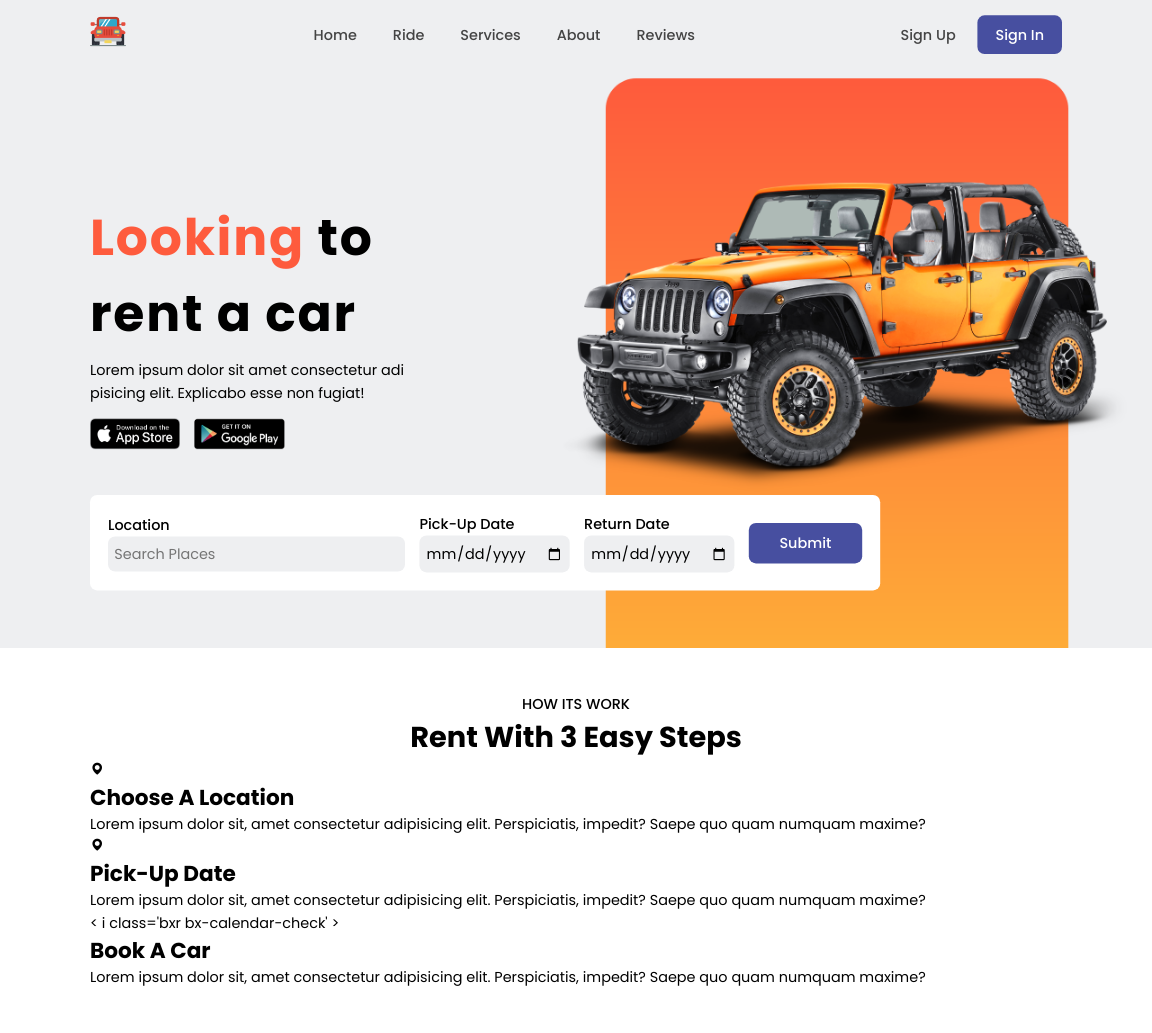
Repository: douglasabnovato/car-rental
Page: index.html
These files come from the project's save history. The page is drawn as it stood at one moment and after a run of saves; the edit follows.
The browser window is 1280 px wide. The pictures show the whole page, at 90% of full size.

Above is the page before, as saved 2025-05-16 13:33:25.

After the next 2 saves:
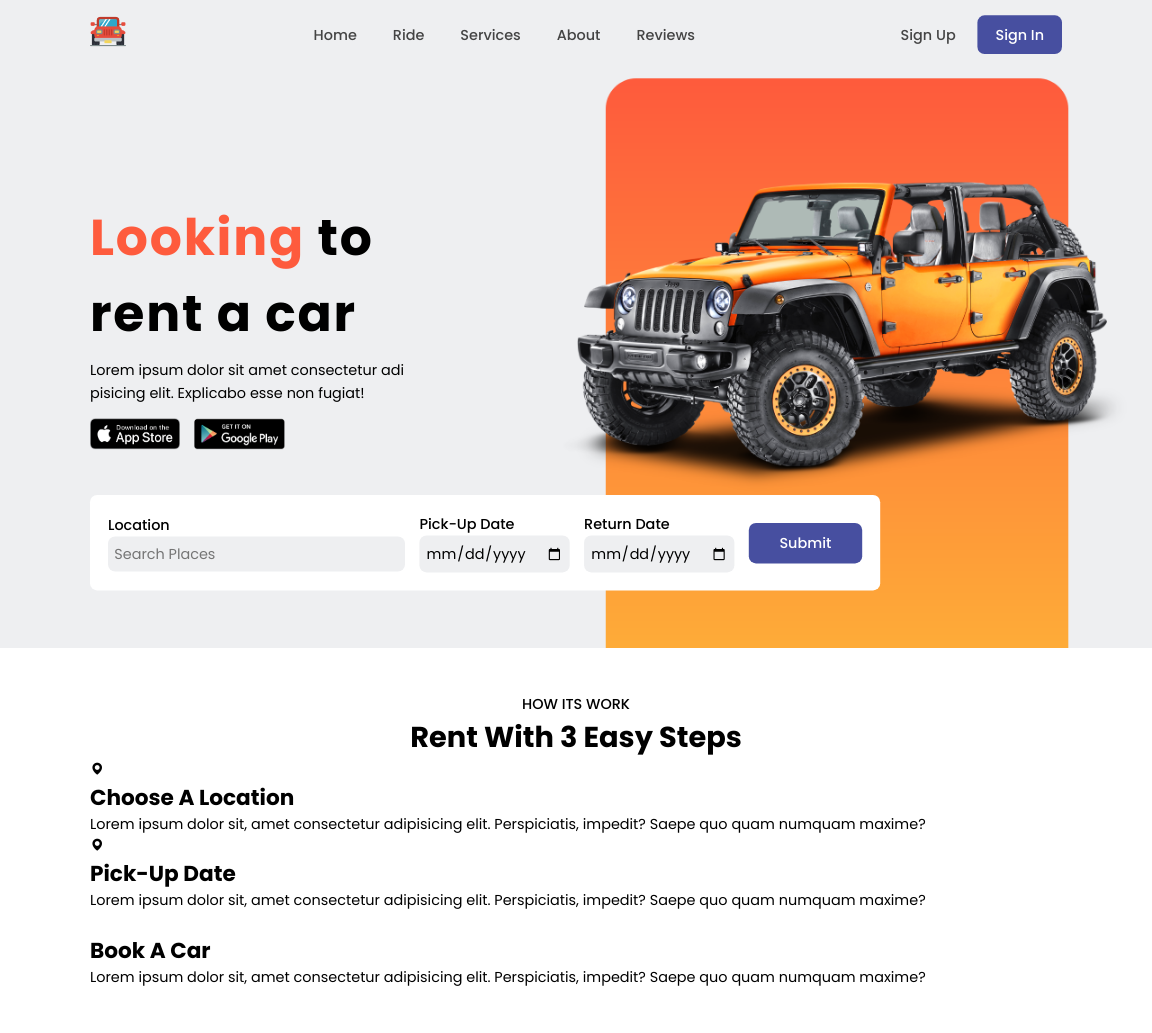
The 2 saves are shown as one change because they came seconds apart.
The last was saved 9 s later.
--- a/index.html
+++ b/index.html
@@ -89,7 +89,7 @@
           </p>
         </div>
         <div class="box">
-          < i class='bxr  bx-calendar-check'  ></i>
+          <i class="bxr bx-calendar-check"></i>
           <h2>Book A Car</h2>
           <p>
             Lorem ipsum dolor sit, amet consectetur adipisicing elit.
